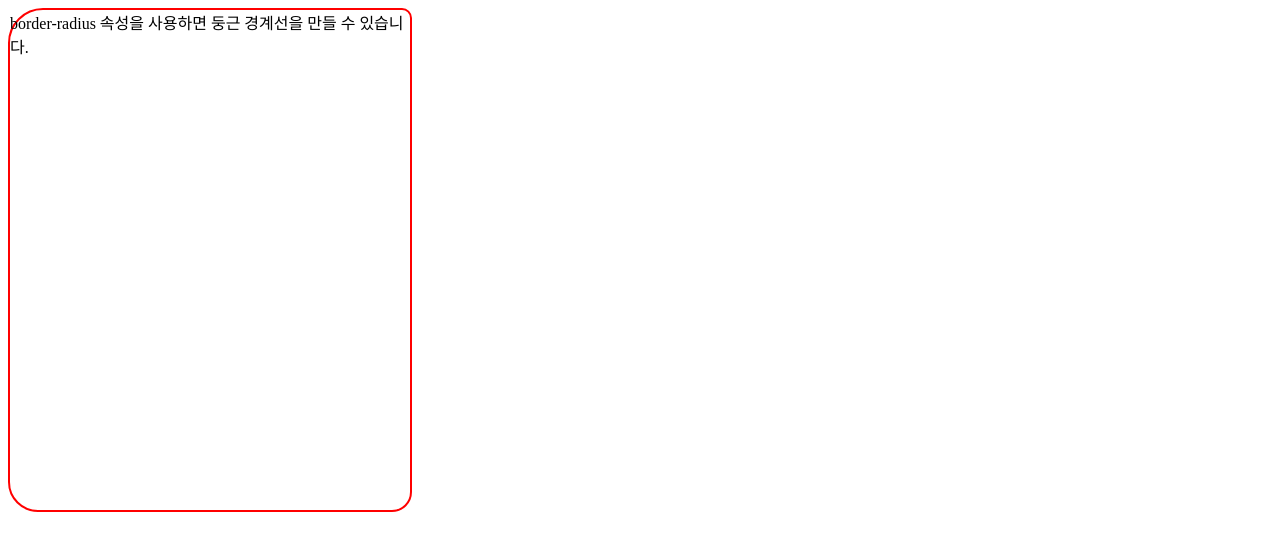
Repository: daehyeonhong/HTML
Page: ch05/WebContent/border-radius.html
An editor plug-in stored every save of this project. The page is shown before and after the next save, followed by the edit.
The browser window is 1280 px wide. The pictures show the whole page.

Above is the page before, as saved 2020-05-19 06:39:25.

After the next save:
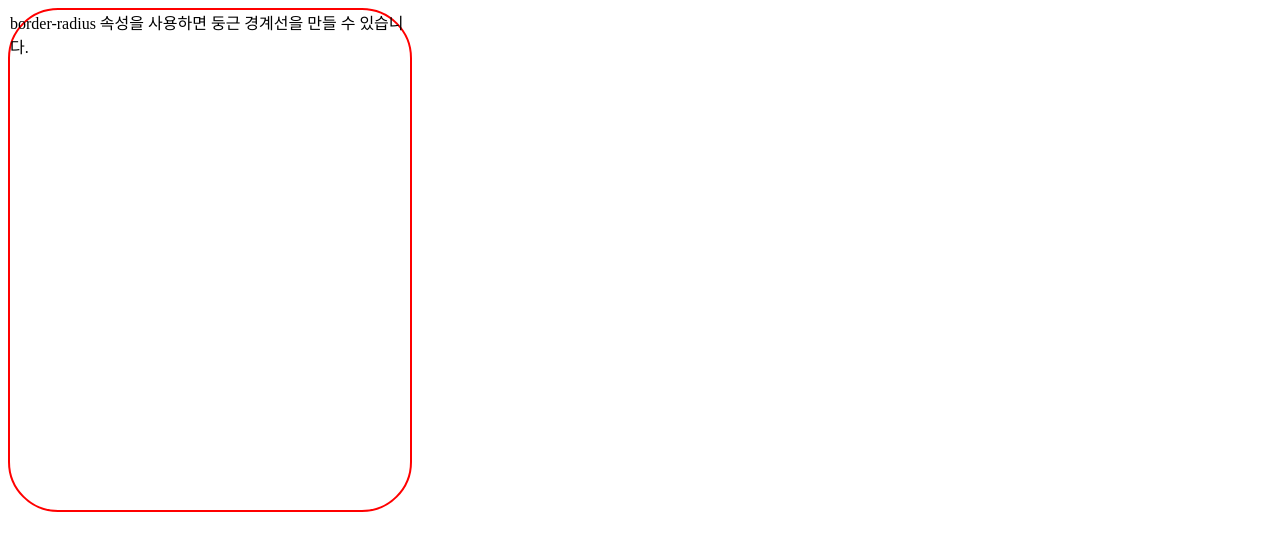
Saved 64 s later.
--- a/ch05/WebContent/border-radius.html
+++ b/ch05/WebContent/border-radius.html
@@ -8,7 +8,8 @@ div {
 	border: 2px solid red;
 	width: 400px;
 	height: 500px;
-	border-radius: 35px 10px 20px 30px; /* 왼쪽 상단부터 시계방향 */
+	/* border-radius: 35px 10px 20px 30px; */ /* 왼쪽 상단부터 시계방향 */
+	border-radius: 50px 50px; /* 마주보는 양쪽 적용 */
 }
 </style>
 </head>
